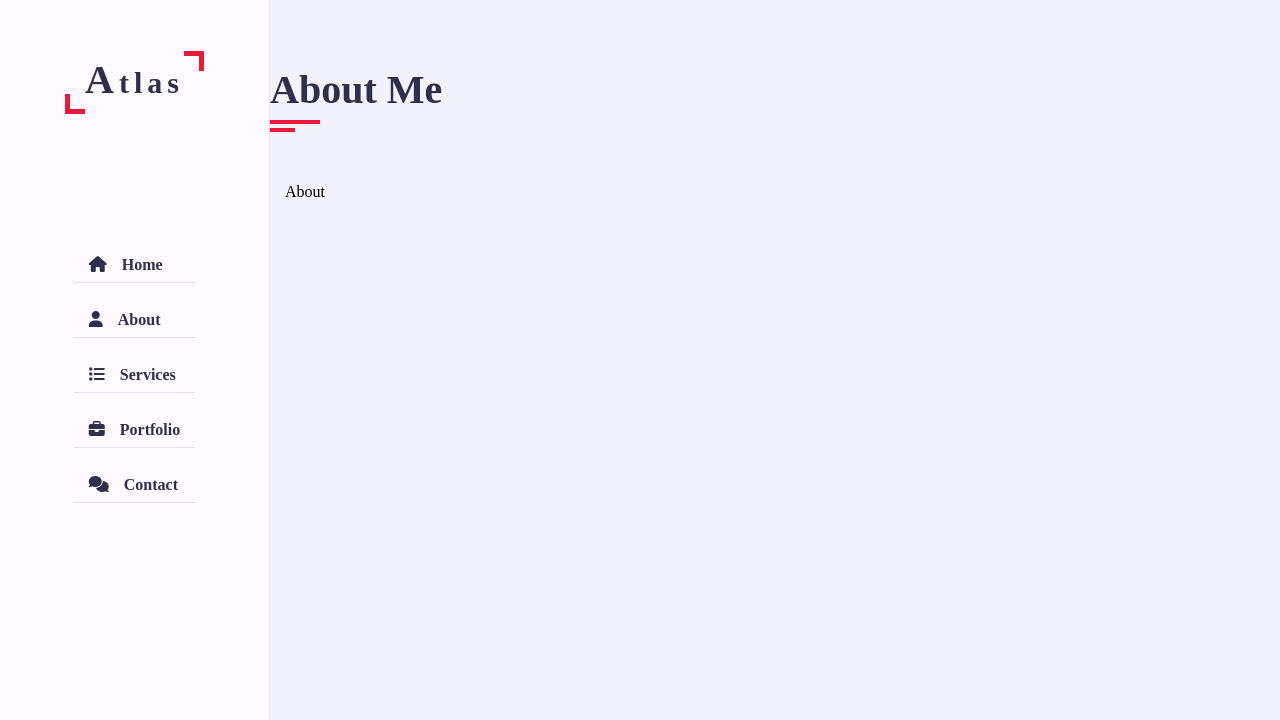
Repository: luanhoang0902/portfolio-ui
Page: index.html
These files come from the project's save history. The page is drawn as it stood at one moment and after the next save; the edit follows.
The browser window is 1280 px wide. The pictures show the whole page.
Some web fonts or font styles are not loaded; a fallback is used. Some web libraries are served in a nearby version.

Above is the page before, as saved 2022-06-02 15:47:59.

After the next save:
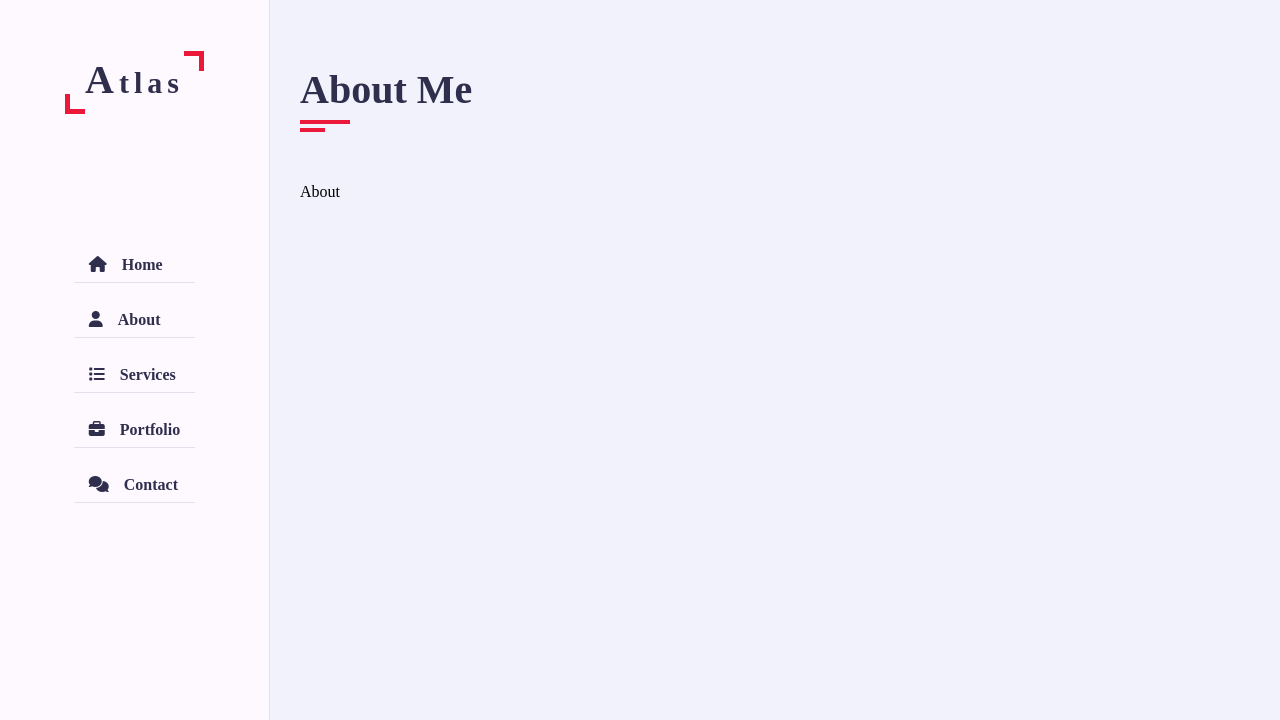
Saved 10 s later.
--- a/index.html
+++ b/index.html
@@ -54,10 +54,10 @@
         </section>
         <!--  ===== Home Selection End> ===== -->
         <!--  ===== About Selection Start> ===== -->
-        <section class="about section padd-15">
+        <section class="about section ">
           <div class="container">
             <div class="row">
-              <div class="section-title">
+              <div class="section-title padd-15">
                 <h2>About Me</h2>
               </div>
             </div>
